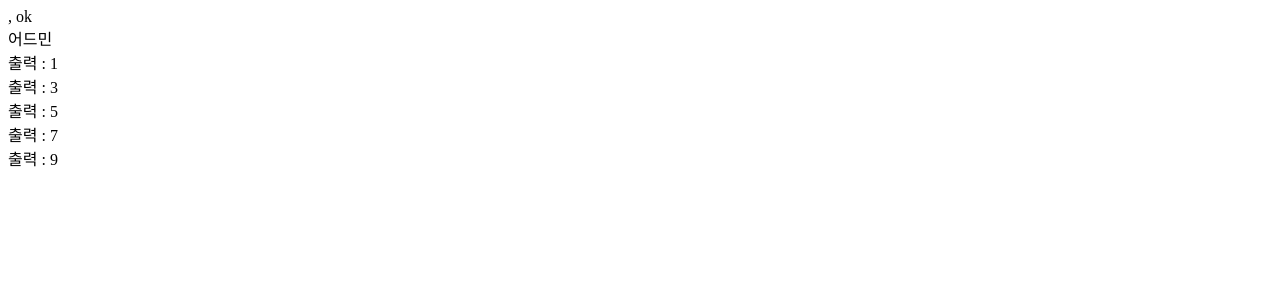
Repository: Won-Hyuk-Lee/kosta_java
Page: http://localhost/web_prj/lec_jstl.jsp
These files come from the project's save history. The page is drawn as it stood at one moment and after the next save; the edit follows.
The browser window is 1280 px wide. The pictures show the whole page.
The page is served by Tomcat 9. Nobody is signed in. The application's start-up code is not run. Other server files are loaded and not shown.

Above is the page before, as saved 2024-05-30 04:36:30.

### web_prj/src/main/webapp/lec_jstl.jsp
<%@ page language="java" contentType="text/html; charset=UTF-8"
    pageEncoding="UTF-8"%>
<%@taglib uri="http://java.sun.com/jsp/jstl/core" prefix="c"%>
<%@taglib uri="http://java.sun.com/jsp/jstl/fmt"  prefix="fmt"%>

<%@ page import="com.kosta.sample.board.BoardVO" %>
<%@ page import="java.util.ArrayList" %>
<%@ page import="java.util.HashMap" %>


<!DOCTYPE html>
<html>
<head>
<meta charset="UTF-8">
<title>Insert title here</title>
<script src="https://code.jquery.com/jquery-3.7.1.js"></script>
<script> $(function() { }); </script>
</head>
<body>
<!--
 EL(Expression Language) :  JSP 사용하는 스크립트릿(<% %>) 문법을 쉽게 하는 언어  $ { }
 JSTL(JSP Standard Tag Library) : JSP 표준라이브러리

  - JSP 내장객체 SCOPE : page > request > session > application
  - EL  내장객체 SCOPE : pageScope > requestScope > sessionScope > applicationScope
-->


<!--
//서블릿 코드
BoardVO bvo  = new BoardVO();
bvo.setRegid("kim");
bvo.setTitle("이건제목");
request.setAttribute("KEY_BOARDVO", bvo);
-->
<%
//BoardVO bvo = (BoardVO)request.getAttribute("KEY_BOARDVO");
//out.println(bvo.getRegid() + ","  + bvo.getTitle());
%>
<!-- ${requestScope.KEY_BOARDVO.regid} -->



<!--
//서블릿 코드
ArrayList<BoardVO> list = new ArrayList<BoardVO>();
BoardVO bvo  = new BoardVO();
bvo.setRegid("kim");
bvo.setTitle("이건제목");
list.add(bvo);
bvo  = new BoardVO();
bvo.setRegid("kim2");
bvo.setTitle("이건제목2");
list.add(bvo);
request.setAttribute("KEY_LISTVO", list);
-->

<%
//ArrayList<BoardVO> list = (ArrayList<BoardVO>)request.getAttribute("KEY_LISTVO");
//for(BoardVO bvo : list) {
//	out.println(bvo.getTitle() + "," + bvo.getRegid() + "<br>");
//}
%>
<!--
${requestScope.KEY_LISTVO[0]["regid"]}, ${requestScope.KEY_LISTVO[0]["title"]}<br>
${requestScope.KEY_LISTVO[1]["regid"]}, ${requestScope.KEY_LISTVO[1]["title"]}<br>
-->


<!--
//서블릿 코드
HashMap<String, BoardVO> map = new HashMap<String, BoardVO>();
BoardVO bvo  = new BoardVO();
bvo.setRegid("kim");
bvo.setTitle("이건제목");
map.put("map_key", bvo);
request.setAttribute("KEY_MAPVO", map);
-->
<%
//HashMap<String, BoardVO> map = (HashMap<String, BoardVO>)request.getAttribute("KEY_MAPVO");
//out.println(map.get("map_key").getRegid() + "," + map.get("map_key").getTitle());
%>
<!-- ${requestScope.KEY_MAPVO.map_key.regid} , ${KEY_MAPVO.map_key.title} -->


<!--
//서블릿 코드
HttpSession session = request.getSession();
session.setAttribute("SESS_ID", "kim");
session.setAttribute("SESS_GRADE", "gold");
-->
<%
//String uid = (String)session.getAttribute("SESS_ID");
//out.print(uid);
%>
<!--  ${sessionScope.SESS_ID}  -->


<!--
//서블릿 코드
Cookie ck1 = new Cookie("MY_COOKIE_UID", "lee");
Cookie ck2 = new Cookie("MY_COOKIE_GRADE", "hong");
ck1.setMaxAge(100);
ck2.setMaxAge(100);
response.addCookie(ck1);
response.addCookie(ck2);
-->

<%
// 요청으로부터 모든 쿠키를 가져옵니다.
Cookie[] cookies = request.getCookies();
if (cookies != null) {
    for (Cookie cookie : cookies) {
        out.println(cookie.getName() + "," + cookie.getValue() + "<br>");
    }
}
%>
${cookie.MY_COOKIE_UID.name}, ${cookie.MY_COOKIE_UID.value}


<!-- JSTL :   if  forEach   -->
<%
String cval = "lee";
int num = 10;
if (cval.equals("lee") && num==10) {
	out.println("ok");
} else {
	out.println("fail");
}
%>
<br>

<c:if test="${cookie.MY_COOKIE_UID.value == 'lee'}">
	몰루
</c:if>

<c:if test="${cookie.MY_COOKIE_UID.value eq 'lee'}">
	몰루
</c:if>

<c:set value="admin" var="userid"/>
<c:choose>
       <c:when
test="${userid == 'lkh'}">
            유저
       </c:when>
       <c:when
test="${userid
== 'admin'}">
           어드민
       </c:when>
       <c:otherwise>
           손님
       </c:otherwise>
   </c:choose>
<br>

<c:forEach var="i"
begin="1" end="10"
             step ="2" >
출력 : ${i}
<br>
</c:forEach>





</body>
</html>

After the next save:
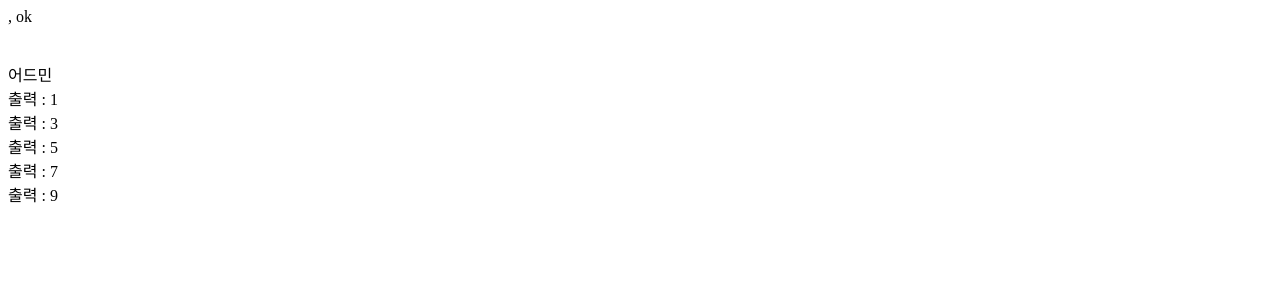
Saved 73 s later.
--- a/web_prj/src/main/webapp/lec_jstl.jsp
+++ b/web_prj/src/main/webapp/lec_jstl.jsp
@@ -132,11 +132,11 @@ if (cval.equals("lee") && num==10) {
 
 <c:if test="${cookie.MY_COOKIE_UID.value == 'lee'}">
 	몰루
-</c:if>
+</c:if><br>
 
 <c:if test="${cookie.MY_COOKIE_UID.value eq 'lee'}">
 	몰루
-</c:if>
+</c:if><br>
 
 <c:set value="admin" var="userid"/>
 <c:choose>
